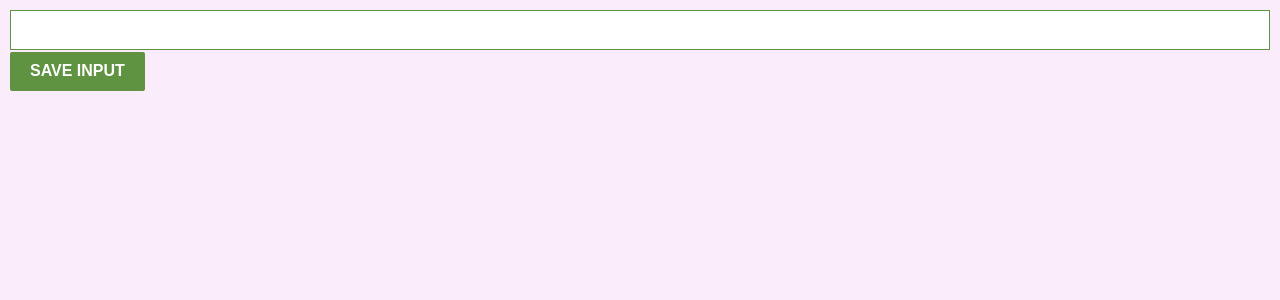
Repository: jt010051/chromeExtension
Page: index.html
The author's editor kept a copy of each file at every save. The page is drawn from the files as they stood at one save, then again after the next save.
The browser window is 1280 px wide. The pictures show the whole page.

Above is the page before, as saved 2022-02-27 17:18:25.
Not found: index.js

After the next save:
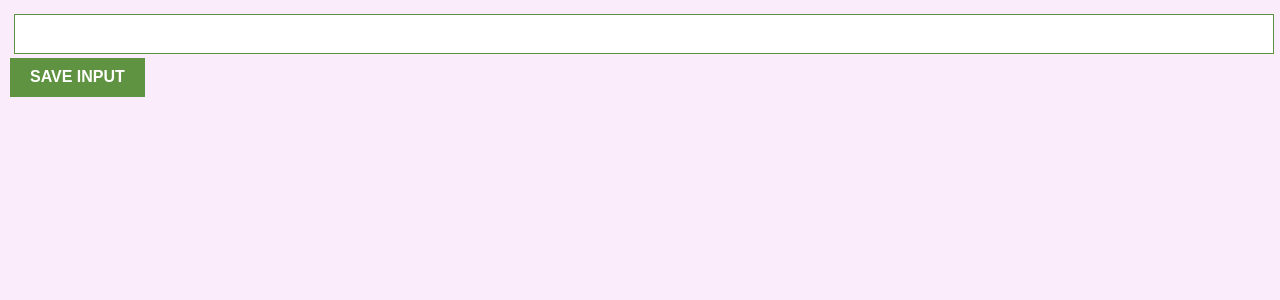
Saved 41 s later.
--- a/index.css
+++ b/index.css
@@ -13,6 +13,8 @@ input {
 
     box-sizing: border-box;
     border: 1px solid #5f9341;
+
+    margin: 4px;
 }
 
 button {
@@ -22,7 +24,5 @@ padding:10px 20px;
 
     font-weight: bold;
     border: none;
-    border-radius: 2px;
-    margin-bottom: 2px;
-    margin-top: 2px;
+
 }
